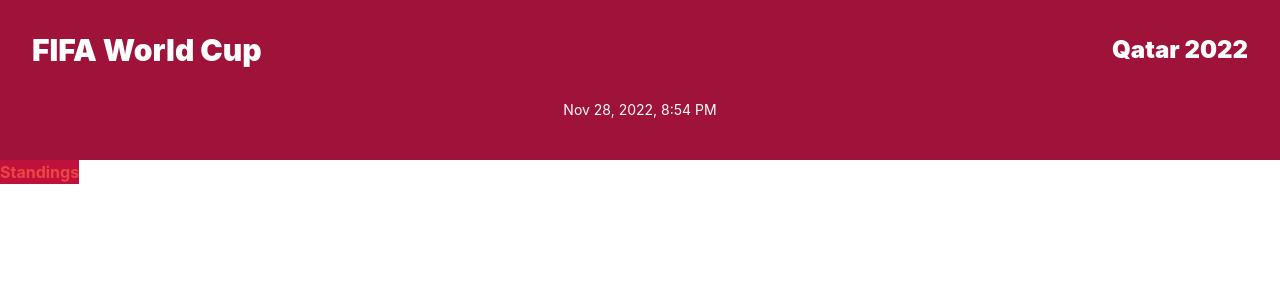
Repository: SaadYasin/nextjs-13-fifa2022
Page: /
The author's editor kept a copy of each file at every save. The page is drawn from the files as they stood at one save, then again after a run of saves.
The browser window is 1280 px wide. The pictures show the whole page.
The project was rebuilt for these pictures with package versions that can differ from the ones it lists, and the page was loaded fresh each time. The framework's server and built-in components were replaced by stand-ins that run in the browser. Also part of the build but not shown: next.config.js.

Above is the page before, as saved 2022-11-28 21:24:57.

After the next 2 saves:
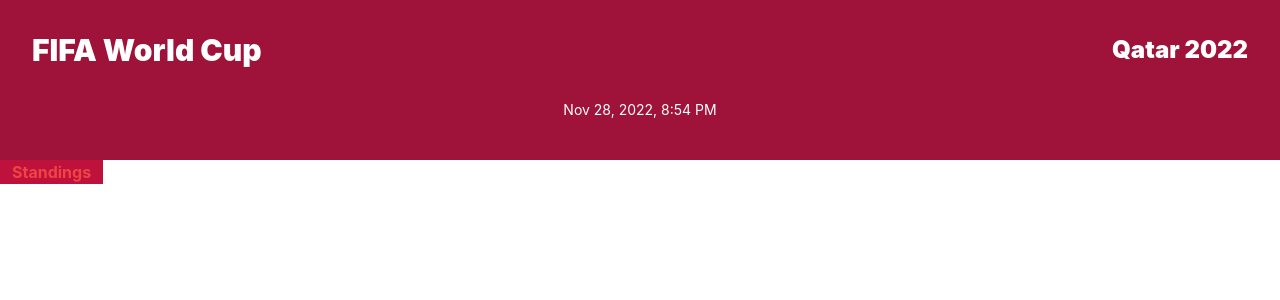
The 2 saves are shown as one change because they came seconds apart.
The last was saved 8 s later.
--- a/app/page.jsx
+++ b/app/page.jsx
@@ -5,7 +5,7 @@
   return (
     <div className='text-red-500 font-bold'>
       <Link href="/">
-        <button className='bg-rose-700 hover:bg-red-600 '>Standings</button>
+        <button className='bg-rose-700 hover:bg-red-600 px-3 '>Standings</button>
       </Link>
     </div>
   )
